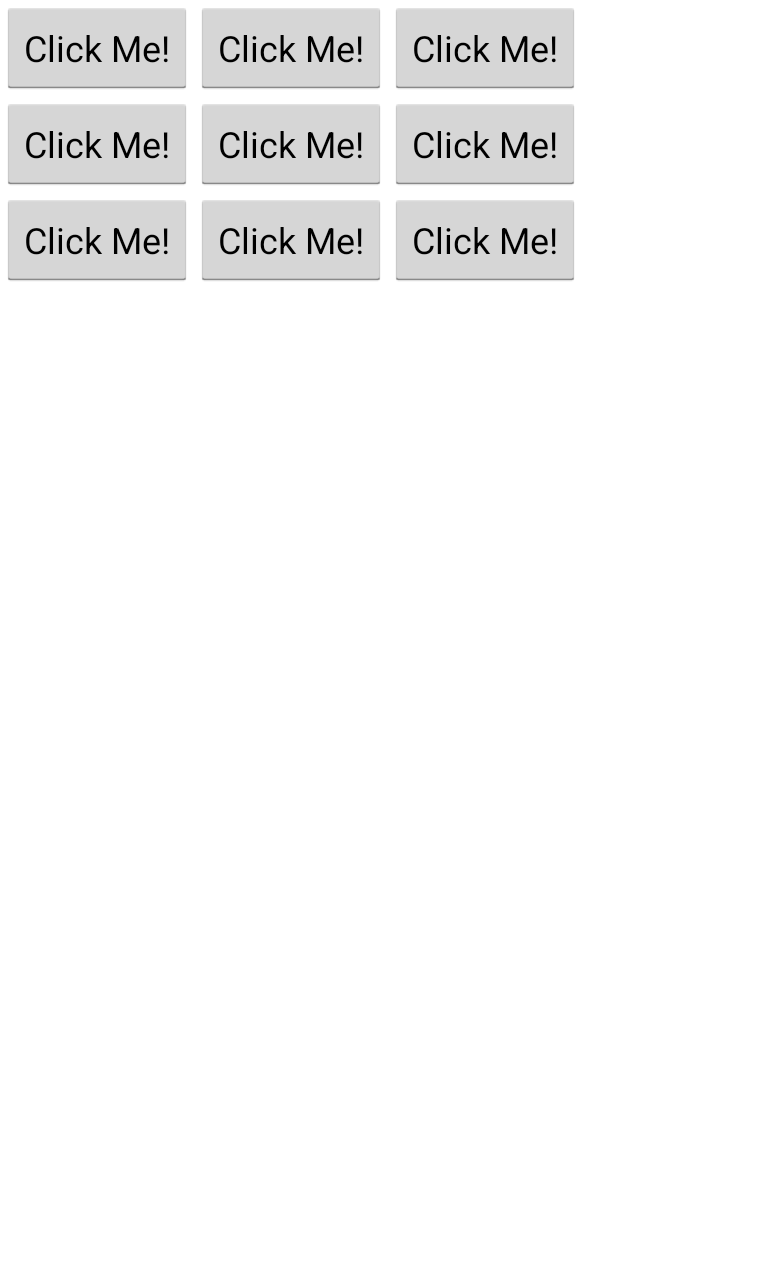
Repository: jonathansparks/Always-On-Always-Connected
Layout: LinearLayoutTest/res/layout/activity_main.xml
An editor plug-in stored every save of this project. The layout is shown before and after the next save, followed by the edit.
It is drawn on a 768 x 1280 px phone screen (xhdpi) without system bars, with theme AppTheme; the app's code is not run.

Above is the layout before, as saved 2014-02-13 23:54:36.

### LinearLayoutTest/res/layout/activity_main.xml
<LinearLayout xmlns:android="http://schemas.android.com/apk/res/android"
    android:layout_width="fill_parent"
    android:layout_height="fill_parent"
    android:orientation="vertical"
    android:layout_margin="10dp">


    <LinearLayout
        android:layout_width="match_parent"
        android:layout_height="wrap_content" >

        <Button
            android:id="@+id/Button04"
            android:layout_width="wrap_content"
            android:layout_height="wrap_content"
            android:text="@string/click_me" />

        <Button
            android:id="@+id/Button05"
            android:layout_width="wrap_content"
            android:layout_height="wrap_content"
            android:text="@string/click_me" />

        <Button
            android:id="@+id/Button06"
            android:layout_width="wrap_content"
            android:layout_height="wrap_content"
            android:text="@string/click_me" />
    </LinearLayout>

    <LinearLayout
        android:layout_width="match_parent"
        android:layout_height="wrap_content" >

        <Button
            android:id="@+id/Button01"
            android:layout_width="wrap_content"
            android:layout_height="wrap_content"
            android:text="@string/click_me" />

        <Button
            android:id="@+id/Button02"
            android:layout_width="wrap_content"
            android:layout_height="wrap_content"
            android:text="@string/click_me" />

        <Button
            android:id="@+id/Button03"
            android:layout_width="wrap_content"
            android:layout_height="wrap_content"
            android:text="@string/click_me" />
    </LinearLayout>

    <LinearLayout
        android:layout_width="match_parent"
        android:layout_height="wrap_content" >

        <Button
            android:id="@+id/button1"
            android:layout_width="wrap_content"
            android:layout_height="wrap_content"
            android:text="@string/click_me" />

        <Button
            android:id="@+id/button2"
            android:layout_width="wrap_content"
            android:layout_height="wrap_content"
            android:text="@string/click_me" />

        <Button
            android:id="@+id/button3"
            android:layout_width="wrap_content"
            android:layout_height="wrap_content"
            android:text="@string/click_me" />

    </LinearLayout>

</LinearLayout>

### LinearLayoutTest/res/values/strings.xml
<?xml version="1.0" encoding="utf-8"?>
<resources>

    <string name="app_name">LinearLayoutTest</string>
    <string name="action_settings">Settings</string>
    <string name="hello_world">Hello world!</string>
    <string name="click_me">Click Me!</string>

</resources>

Loaded but not shown: LinearLayoutTest/res/values/styles.xml (common file); LinearLayoutTest/res/values-v11/styles.xml (common file); LinearLayoutTest/res/values-v14/styles.xml (common file)

After the next save:
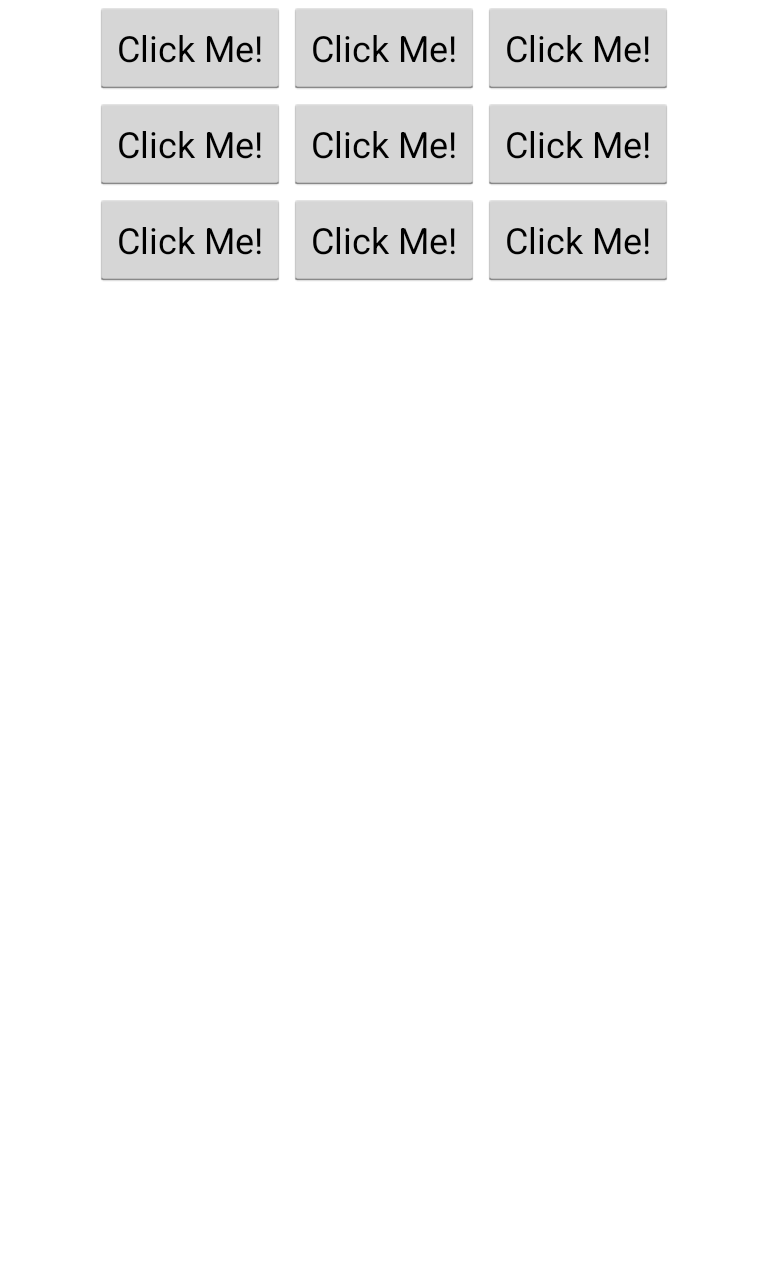
Saved 3 min 54 s later.
--- a/LinearLayoutTest/res/layout/activity_main.xml
+++ b/LinearLayoutTest/res/layout/activity_main.xml
@@ -7,7 +7,8 @@
 
     <LinearLayout
         android:layout_width="match_parent"
-        android:layout_height="wrap_content" >
+        android:layout_height="wrap_content"
+        android:gravity="center_horizontal" >
 
         <Button
             android:id="@+id/Button04"
@@ -30,7 +31,8 @@
 
     <LinearLayout
         android:layout_width="match_parent"
-        android:layout_height="wrap_content" >
+        android:layout_height="wrap_content"
+        android:gravity="center_horizontal" >
 
         <Button
             android:id="@+id/Button01"
@@ -53,7 +55,8 @@
 
     <LinearLayout
         android:layout_width="match_parent"
-        android:layout_height="wrap_content" >
+        android:layout_height="wrap_content"
+        android:gravity="center_horizontal">
 
         <Button
             android:id="@+id/button1"
